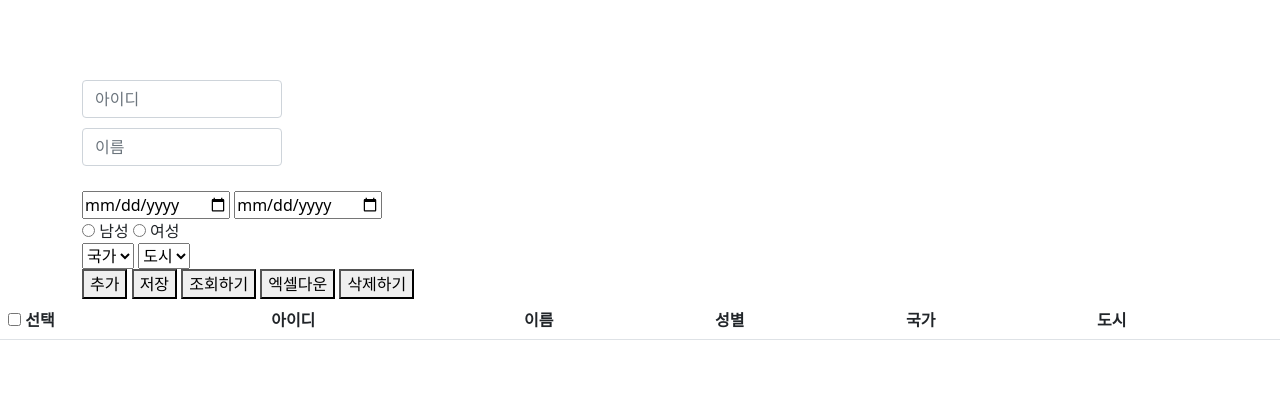
Repository: cactusvibeyjy/miniProject2
Page: http://localhost/test2/WEB-INF/views/home.jsp
These files come from the project's save history. The page is drawn as it stood at one moment and after the next save; the edit follows.
The browser window is 1280 px wide. The pictures show the whole page.
The page is served by Tomcat 9. Nobody is signed in. Other server files are loaded and not shown. The template is opened directly, without the code that normally fills it, so the values that code supplies are empty.

Above is the page before, as saved 2023-02-17 05:26:01.

### test2/src/main/webapp/WEB-INF/views/home.jsp
<%@ taglib uri="http://java.sun.com/jsp/jstl/core" prefix="c"%>
<%@ page language="java" contentType="text/html; charset=UTF-8"
	pageEncoding="UTF-8"%>
<%@ page session="false"%>
<html>
<head>
	<meta charset="utf-8">
	<link
			href="https://cdn.jsdelivr.net/npm/bootstrap@5.1.3/dist/css/bootstrap.min.css"
			rel="stylesheet"
			integrity="sha384-1BmE4kWBq78iYhFldvKuhfTAU6auU8tT94WrHftjDbrCEXSU1oBoqyl2QvZ6jIW3"
			crossorigin="anonymous">
	<script
			src="https://cdn.jsdelivr.net/npm/bootstrap@5.1.3/dist/js/bootstrap.bundle.min.js"
			integrity="sha384-ka7Sk0Gln4gmtz2MlQnikT1wXgYsOg+OMhuP+IlRH9sENBO0LRn5q+8nbTov4+1p"
			crossorigin="anonymous">
	</script>
	<script src="https://code.jquery.com/jquery-3.6.3.min.js"></script>
	<script src="https://ajax.googleapis.com/ajax/libs/jquery/3.6.0/jquery.min.js"></script>

	<script src="https://cdnjs.cloudflare.com/ajax/libs/exceljs/4.3.0/exceljs.min.js"></script>
	<script lang="javascript" src="https://cdn.sheetjs.com/xlsx-0.19.2/package/dist/xlsx.full.min.js"></script>

<title>야호</title>

	<style>
		.pop {
			display: none;
			position: fixed;
			top: 0;
			left: 0;
			z-index: 100;
			width: 100%;
			height: 100%;
			background: rgba(0, 0, 0, .5);
		}
		.pop.on{
			display: block;
		}

		.pop .info {
			overflow-y: auto;
			position: absolute;
			top: 50%;
			left: 50%;
			transform: translate(-50%, -50%);
			width: 800px;
			height: 330px;
			max-height: 92%;
			margin: 0 auto;
			background: #fff;
			border-radius: 5px;
			padding: 10px;
		}

		.pop .info table {
			width: 100%;
			border: 1px solid #ddd;
		}

		.pop .info table tr th ,
		.pop .info table tr td {
			height: 50px;
			padding-left: 10px;
			vertical-align: middle;
			border: 1px solid #ddd;
		}

		.pop .info table tr td input[type=text] ,
		.pop .info table tr td select {
			width: 40%;
			height: 40px;
			padding: 0 15px;
			border: 1px solid #ddd;
			border-radius: 3px;
			outline: none;
		}

		.pop .info .bottom {

		}
		.pop .info .bottom .button_area {
			text-align: center;
			margin-top: 10px;
		}

	</style>

</head>
<body>
	<h2></h2>

	<div class="container" style= "margin-top: 80px">
		<div>
			<input type="text" id="memberId" placeholder="아이디" class="form-control" value=""
			style= "width: 200px; margin-bottom:10px"/>
			<input type="text" id="memberNm" placeholder="이름" class="form-control"
			style= "width: 200px; margin-bottom:10px"/>
		</div>
		<div class="daterange" style= "margin-top: 25px">
			<input type="date" name="startDate" id="startDate" />
			<input type="date" name="endDate" id="endDate" />
		</div>
		<div class="">
			<input type="radio" name="sex" id="sexM" value="male" onchange="fn_list()"  />
			<label for="sexM">남성</label>
			<input type="radio" name="sex" id="sexF" value="female" onchange="fn_list()" />
			<label for="sexF">여성</label>
		</div>

		<select name="country" id="country" onchange="Change(this,'city')">
			<option value="none" selected>국가</option>
			<option value="a">한국</option>
			<option value="b">미국</option>
			<option value="c">중국</option>
			<option value="d">일본</option>
		</select>
		<select id="city">
			<option value="none" selected>도시</option>
		</select>
		<br>
		<div class="button">
			<button class="registerButton clickedButton" onclick="fn_addRow(this)">
				<span>추가</span> <i class="zmdi zmdi-arrow-right"></i>
			</button>
			<button class="registerButton clickedButton" onclick="fn_save('s')">
				<span>저장</span> <i class="zmdi zmdi-arrow-right"></i>
			</button>
			<button class="searchButton clickedButton" onclick="fn_list()">
				<span>조회하기</span> <i class="zmdi zmdi-arrow-right"></i>
			</button>
			<button class="excelButton clickedButton" onclick="fn_excel()">
				<span>엑셀다운</span> <i class="zmdi zmdi-arrow-right"></i>
			</button>
			<button class="deleteButton" onclick="fn_delete()">
				<span>삭제하기</span> <i class="zmdi zmdi-arrow-right"></i>
			</button>
		</div>
	</div>
	<table class="table table-striped">
		<thead>
			<tr>
				<th scope="col">
					<input type="checkbox" id="allCheck" onchange="fn_allCheck(this)" />
					<label for="allCheck">선택</label>
				</th>
				<th scope="col">아이디</th>
				<th scope="col">이름</th>
				<th scope="col">성별</th>
				<th scope="col">국가</th>
				<th scope="col">도시</th>
			</tr>
		</thead>
		<tbody id="data_tbody">

		</tbody>
	</table>
<input type="hidden" id="modifyId" />

<div class="pop">
	<div class="info">

		<table>
			<colgroup>
				<col style="width: 20%;">
				<col style="width: 80%;">
			</colgroup>
			<tbody>
			<tr>
				<th>아이디</th>
				<td><input type="text" id="mMemberId" /></td>
			</tr>
			<tr>
				<th>이름</th>
				<td><input type="text" id="mMemberNm" /></td>
			</tr>
			<tr>
				<th>성별</th>
				<td>
					<input type="radio" name="mSex" id="mMale" value="male" />
					<label for="mMale">남</label>
					<input type="radio" name="mSex" id="mFemale" value="female" />
					<label for="mFemale">여</label>
				</td>
			</tr>
			<tr>
				<th>국가</th>
				<td>
					<select id="mCountry" onchange="Change(this,`mCity`)">
						<option value="none" selected>국가</option>
						<option value="a">한국</option>
						<option value="b">미국</option>
						<option value="c">중국</option>
						<option value="d">일본</option>
					</select>
				</td>
			</tr>
			<tr>
				<th>도시</th>
				<td>
					<select id="mCity"></select>
				</td>
			</tr>
			</tbody>
		</table>

		<div class="bottom">
			<div class="button_area">
				<button type="button" onclick="fn_save('m')">저장</button>
				<button type="button" onclick="fn_hide()">닫기</button>
			</div>
		</div>
	</div>
</div>


</body>
<script type="text/javascript">
$(function () {

})

var fn_hide = function () {
	$('.pop.on').removeClass('on');
}

var fn_addRow = function () {

    if($('#sMemberId').length > 0) {
        return alert('아직 작업중인 row 가 있습니다.\n작업 완료 후 추가하세요.');
    }

	var addTr = '<tr>';
    addTr += '<td></td>';
    addTr += '<td><input id="sMemberId" /></td>';
    addTr += '<td><input id="sMemberNm" /></td>';
    addTr += '<td>';
    addTr += '  <input type="radio" name="sSex" id="sMale" value="male" checked/><label for="sMale">남</label>';
    addTr += '  <input type="radio" name="sSex" id="sFemale" value="female"/><label for="sFemale">여</label>';
    addTr += '</td>';
    addTr += '<td>';
    addTr += '  <select name="country" id="sCountry" onchange="Change(this,`sCity`)">';
    addTr += '      <option value="none" selected>국가</option>';
    addTr += '      <option value="a">한국</option>';
    addTr += '      <option value="b">미국</option>';
    addTr += '      <option value="c">중국</option>';
    addTr += '      <option value="d">일본</option>';
    addTr += '  </select>';
    addTr += '</td>';
    addTr += '<td>';
    addTr += '  <select id="sCity">';
    addTr += '      <option value="none" selected>도시</option>';
    addTr += '  </select>';
    addTr += '</td>';
    addTr += '</tr>';
    $('#data_tbody').prepend(addTr);

}

// 초기화
var fn_reset = function () {

    $('#memberId , #memberNm , #modifyId').val('');

    // 날짜 오늘날짜로 셋팅
    var date = new Date();
    var month = date.getMonth().toString().length===1 ? '0'+(date.getMonth()+1) : date.getMonth();
    $('input[type=date]').val(date.getFullYear() +'-'+ month + '-' + date.getDate());

    $('#sexM').prop('checked',true);

    $('#country').val('none');
	$('#city').empty().append('<option value="none" selected>도시</option>');
}

// 목록
var fn_list = function () {
    var param = {};
    param.memberId  = $('#memberId').val();
    param.memberNm  = $('#memberNm').val();
    param.startDate = $('#startDate').val().replaceAll('-','');
    param.endDate   = $('#endDate').val().replaceAll('-','');
    param.sex       = $('input[name=sex]:checked').val();
    param.country   = $('#country').val();
    param.city      = $('#city').val();

    $.ajax({
        url	:'/member/list.json',
        type:'POST',
        data:param,
        success: function(res) {

            $('#data_tbody').empty();

            for(var data of res) {
                var html = '<tr>';
                html += '<td><input data-id="'+data.memberId+'" type="checkbox"></td>';
                html += '<td ondblclick="fn_detail(`'+data.memberId+'`)">'+data.memberId+'</td>';
                html += '<td>'+data.memberNm+'</td>';
                html += '<td>'+data.sex+'</td>';
                html += '<td>'+data.country+'</td>';
                html += '<td>'+data.city+'</td>';
                html += '</tr>';
                $('#data_tbody').append(html);
            }

        }
    });
}

// 상세
var fn_detail = function (memberId) {
    $('.pop').addClass('on');

    $.ajax({
        url	:'/member/detail.json',
        type:'POST',
        data:{memberId : memberId},
	    success: function(res) {

            $('#mMemberId').val(res.memberId);
            $('#mMemberNm').val(res.memberNm);

            res.sex === 'male' ? $('#mMale').prop('checked',true) : $('#mFemale').prop('checked',true);

            $('#mCountry').val(res.country).trigger('change');
            $('#mCity').val(res.city);

        }
    });
}

// 저장
var fn_save = function (flag) {

	var param = {};
	param.memberId  = $('#'+flag+'MemberId').val();
	param.memberNm  = $('#'+flag+'MemberNm').val();
    param.country   = $('#'+flag+'Country').val();
    param.city      = $('#'+flag+'City').val();

    var url = 'insert.json';
	if(flag === 'm') {
        param.sex       = $('input[name=mSex]:checked').val();
        param.modifyId  = param.memberId;
        url             = 'update.json';
	} else {
        if($('#sMemberId').length < 1) {
            return alert('[추가]버튼 클릭 후 작업하세요.');
        }
        param.sex       = $('input[name=sSex]:checked').val();
	}

	if(param.memberId === '') {
	    return alert('아이디를 입력해주세요.');
	}
	if(param.memberNm === '') {
	    return alert('이름을 입력해주세요.');
	}
	if(param.country === 'none') {
	    return alert('국가를 선택해주세요.');
	}
	if(param.city === 'none') {
	    return alert('도시를 선택해주세요.');
	}

    $.ajax({
        url	:'/member/'+url,
        type:'POST',
        data:param,
	    success: function(res) {
	        if(res === 1) {
                fn_list();
                if(flag === 'm') {
                    fn_hide()
                }
	            return alert('저장되었습니다.');
	        }
        }
    });
}

// 삭제
var fn_delete = function () {

    var param = {} , memberIdArr = [];

    if($('#data_tbody input[type=checkbox]:checked').length < 1) {
        return alert('삭제 할 데이터를 선택해주세요.');
    }
    $('#data_tbody input[type=checkbox]:checked').each(function(i,t) {
        memberIdArr.push($(t).data('id'));
    })
    param.memberIdArr = memberIdArr;

    $.ajax({
        url	:'/member/delete.json',
        type:'POST',
        data:JSON.stringify(param),
        contentType : 'application/json',
	    success: function(res) {
            if(res > 0) {
                fn_list();
                return alert('삭제 되었습니다.');
            }
        }
    });

}

// 전체선택
var fn_allCheck = function (tag) {
	if($(tag).is(':checked')) {
        $('#data_tbody input[type=checkbox]').prop('checked',true);
	} else {
        $('#data_tbody input[type=checkbox]').prop('checked',false);
	}
}

// 엑셀
var fn_excel = function () {
    var wb = XLSX.utils.table_to_book(document.getElementById('data_tbody'), {sheet:"시트명",raw:true});
    XLSX.writeFile(wb, ('파일명.xlsx'));
}

var Change = function (tag , target) {
	var city_z = [ "none" ];
	var city_a = [ "서울", "부산", "창원", "경주","대구","대전", "통영" ];
	var city_b = [ "NYC", "LA", "Pheonix", "Tucson", "Litiz", "Lafayette" ];
	var city_c = [ "베이징", "상하이", "광저우", "청두", "우한", "톈진" ];
	var city_d = [ "도쿄", "오사카", "삿포로", "교토", "후쿠오카", "고베" ];

	var targetTag = document.getElementById(target);

	var d = '';
	switch (tag.value) {
		case 'a': d = city_a; break;
		case 'b': d = city_b; break;
		case 'c': d = city_c; break;
		case 'd': d = city_d; break;
		default:  d = city_z;
    }
    targetTag.options.length = 0;

	for (var x in d) {
		var opt = document.createElement("option");
		opt.value = d[x];
        opt.innerHTML = d.length > 1 ? d[x] : '도시';
        targetTag.appendChild(opt);
	}
}
</script>
</html>

After the next save:
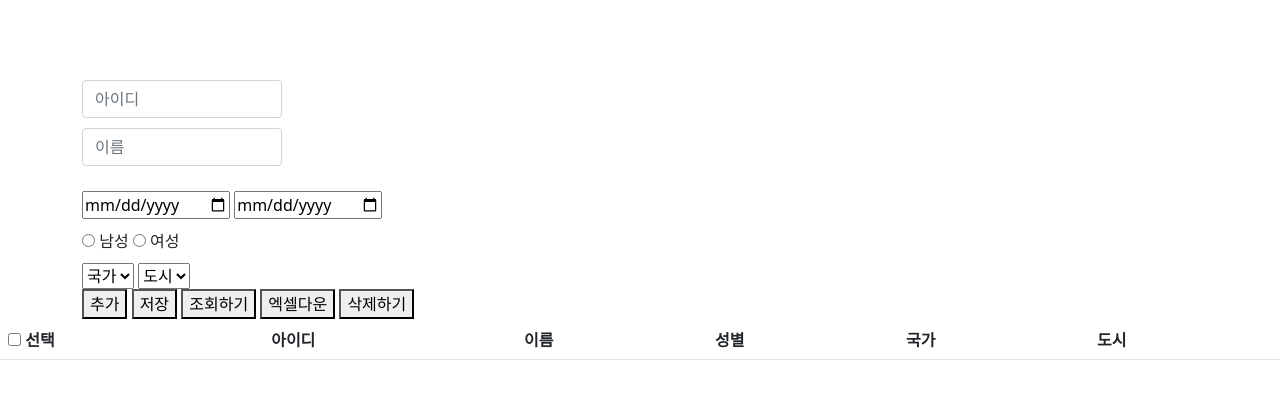
Saved 26 s later.
--- a/test2/src/main/webapp/WEB-INF/views/home.jsp
+++ b/test2/src/main/webapp/WEB-INF/views/home.jsp
@@ -101,7 +101,7 @@
 			<input type="date" name="startDate" id="startDate" />
 			<input type="date" name="endDate" id="endDate" />
 		</div>
-		<div class="">
+		<div class="sex" style= "margin-top:10px; margin-bottom:10px;">
 			<input type="radio" name="sex" id="sexM" value="male" onchange="fn_list()"  />
 			<label for="sexM">남성</label>
 			<input type="radio" name="sex" id="sexF" value="female" onchange="fn_list()" />
